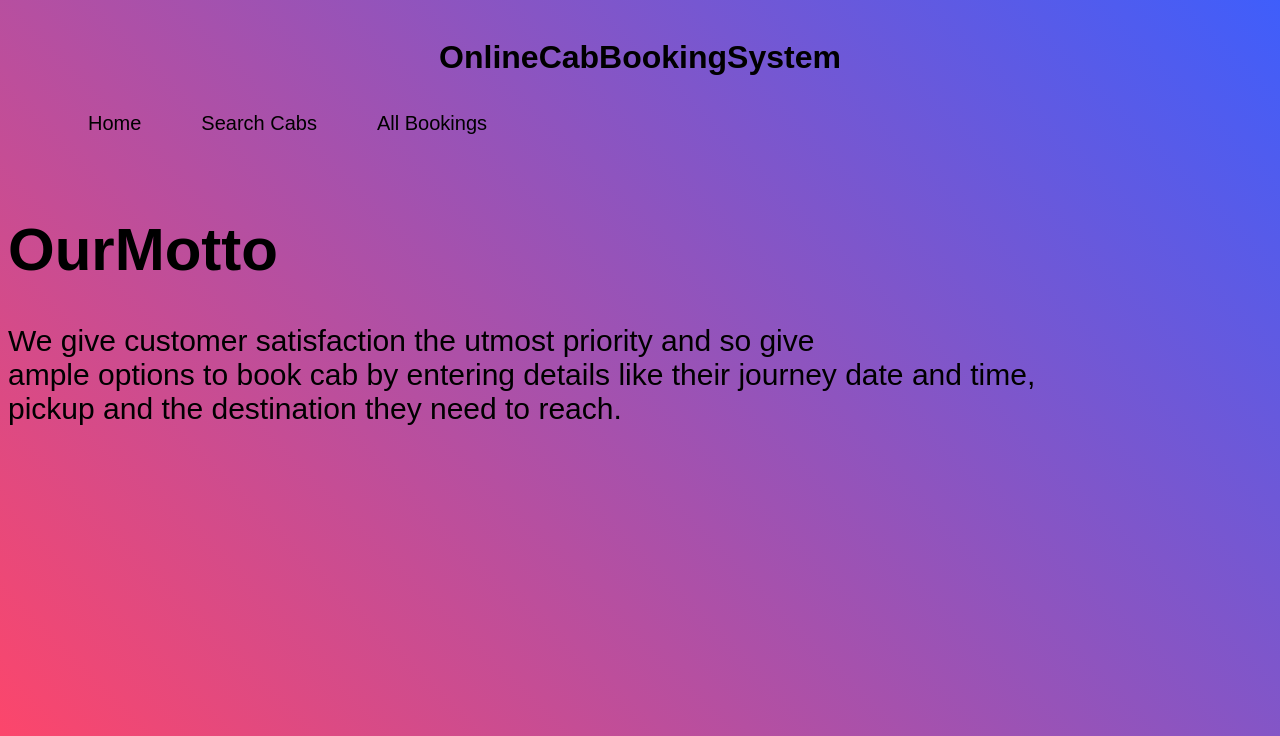
Repository: venkateshpillala/OnlineCabBookingSystem
Page: http://localhost/BookCab/AllBookings.jsp
The author's editor kept a copy of each file at every save. The page is drawn from the files as they stood at one save, then again after the next save.
The browser window is 1280 px wide. The pictures show the whole page.
The page is served by Tomcat 9. Other server files are loaded and not shown. The template is opened directly, without the code that normally fills it, so the values that code supplies are empty.

Above is the page before, as saved 2024-06-07 16:46:35.

### BookCab/src/main/webapp/AllBookings.jsp
<%@ page language="java" contentType="text/html; charset=ISO-8859-1"
    pageEncoding="ISO-8859-1" isELIgnored = "false"%>
<%@ taglib uri="http://java.sun.com/jsp/jstl/core" prefix = "c" %>

<!DOCTYPE html>
<html>
<head>
<meta charset="ISO-8859-1">
<title>OnlineCabBooking</title>
</head>
<style>
	body{

		background : linear-gradient(45deg,#FC466B,#3F5EFB);
		height : 100vh;
		font-family : "Montserrat", sans-serif;
	}
	form {
		font-family : "Montserrat", sans-serif;
		background : rgba(255,255,255,0.3);
		padding : 5em;
		height : 320px;
		border-radius : 20px;
		border-left : 1px solid rgba(255,255,255,0.3);
		border-top : 10px solid rgba(255,255,255,0.3);
		background-filter : blur(10px);
		box-shadow : 20px 20px 40px -6px rgba(0, 0, 0, 0.2);
		text-align : center;
		position : relative;
		transition : all 0.2 ease-in-out;
		margin-right : 100px;
	}
	input {
		border-radius : 20px;
		box-shadow : 20px 20px 40px -6px rgba(0, 0, 0, 0.2);
		padding  : 10px 50px;
		margin-top : 20px;
		background-filter : blur(10px);
	}
	.but{
		padding-left : 0px;
	}
	.alignment{
		text-align : center;
		border-radius : 10px;
		padding: 10px;
	}
	ul {
  		list-style-type: none;
  		overflow: hidden;
	}

	li {
  		float: left;
	}

	li a {
  		display: block;
  		color : black;
  		text-align: center;
  		padding: 14px 30px;
  		text-decoration: none;
  		font-size : 20px;
	}

	li a:hover:not(.active) {
  		background-color: #111;
  		border-radius : 10px;
  		color : white;
	}
	.h{
		padding : 100px;
	}
	.left{
		float : left;
		font-size : 30px;
	}
	.right{
		float : right;
	}
	.para{
		padding-left : 120px;
		font-family : "Montserrat", sans-serif;
		font-size : 20px;
	}
	.over:hover:not(.active) {
  		background-color: #111;
  		border-radius : 10px;
  		color : white;
	}
</style>
<body>
<div class = "alignment">
	<h1 >OnlineCabBookingSystem</h1>
	<ul>
		<li><a href = "./Home.html">Home</a></li>
		<li><a href = "./SearchCab.html">Search Cabs</a></li>
		<li><a href = "./allbookings">All Bookings</a></li>
	</ul>
</div>

<div >

	<div class = "left">
		<h1>OurMotto</h1>
		<p>We give customer satisfaction the utmost priority and so give<br> ample options
		to book cab by entering details like their journey date and time, <br>pickup and
		the destination they need to reach.
		</p>
	</div>
	<div class = "right">

	</div>
</div>

<div>
	<c:choose>


		<c:when test="${bookedCabs ne null || !empty bookedCabs }">
	<table border = '1'>
	<tr>
	<th>User Name</th>
	<th>User Email</th>
	<th>User DOB</th>
	<th>User Gender</th>
	<th>User Address</th>
	<th>User Number</th>
	<th>Car Number</th>
	<th>Driver Name</th>
	<th>Car Colour</th>
	<th>From Address</th>
	<th>To Address</th>
	<th>Car Type</th>
	<th>Driver Number</th>
	<th>Booking Date</th>
	<th>Booking Time</th>
	<th>Canceled</th>
	</tr>
		<c:forEach var = "cab" items = "${bookedCabs }">
			<tr>
				<td>${cab.userName}</td>
				<td>${cab.email }</td>
				<td>${cab.DOB }</td>
				<td>${cab.gender }</td>
				<td>${cab.address }</td>
				<td>${cab.userNumber }</td>
				<td>${cab.carNumber}</td>
				<td>${cab.driverName}</td>
				<td>${cab.carColour}</td>
				<td>${cab.fromAddress}</td>
				<td>${cab.toAddress}</td>
				<td>${cab.carType }</td>
				<td>${cab.driverNumber }</td>
				<td>${cab.time }</td>
				<td>${cab.date}</td>
				<td>${cab.cancel }</td>
			</tr>
		</c:forEach>
		</table>
		</c:when>

	</c:choose>

</div>
</body>
</html>

After the next save:
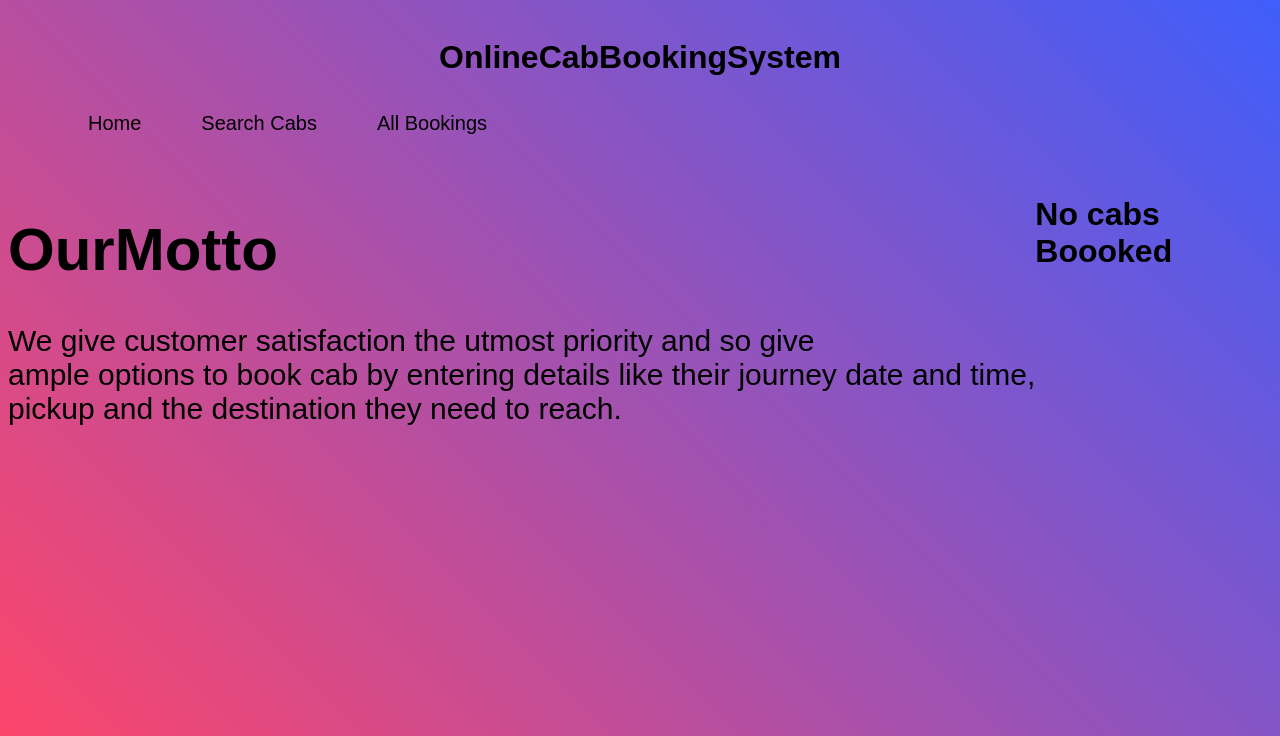
Saved 38 s later.
--- a/BookCab/src/main/webapp/AllBookings.jsp
+++ b/BookCab/src/main/webapp/AllBookings.jsp
@@ -159,7 +159,9 @@
 		</c:forEach>
 		</table>
 		</c:when>
-
+		<c:otherwise>
+		<h1>No cabs Boooked</h1>
+		</c:otherwise>
 	</c:choose>
 
 </div>
